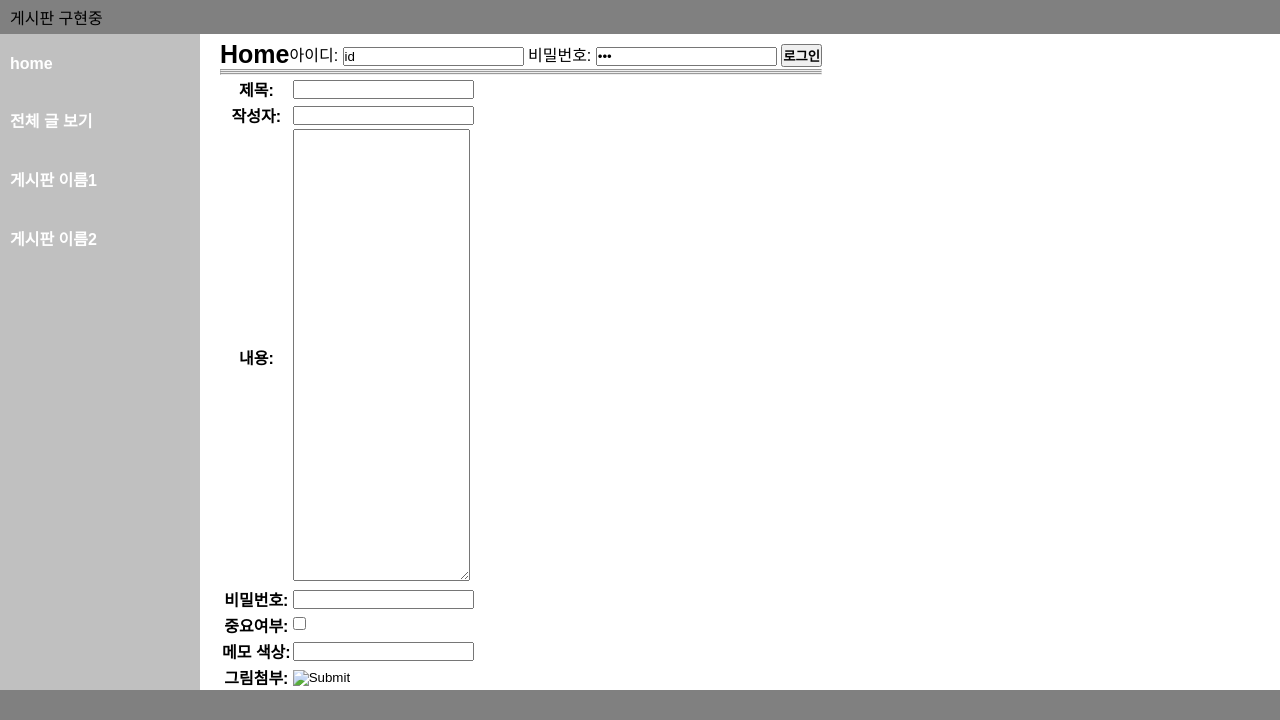
Repository: hyeon-jin-park/study
Page: work/internet_programing/Test_final/public/input.html
An editor plug-in stored every save of this project. The page is shown before and after the next save, followed by the edit.
The browser window is 1280 px wide. The pictures show the whole page.

Above is the page before, as saved 2025-03-19 09:56:55.

### work/internet_programing/Test_final/public/input.html
<!DOCTYPE html>
<html lang="ko">
<head>

    <meta charset="UTF-8">
    <meta name="viewport" content="width=device-width, initial-scale=1.0">
    <title>home.html</title>
	<link rel="stylesheet" href="layout.css">
	<link rel="stylesheet" href="board.css">
	<style>
	* { margin: 0; padding: 0; box-sizing: border-box; }
	body { font-family: Arial, sans-serif; }

	#login_button{
		text-align:center;
		font-weight:bold;

	}
	</style>

</head>


<body>

    <div class="header">
        <div class="header_name">게시판 구현중</div>



    </div>
    <div class="sidebar">
    	<ul class="sidebar">
    		<li><a href="home.html">home</a></li>
    		<li><a href="#">전체 글 보기</a></li>
    		<li><a href="#">게시판 이름1</a></li>
    		<li><a href="#">게시판 이름2</a></li>

    	</ul>
    </div>
    <div class="content">
    <div class="board_title">
    		<h1>Home</h1>
    			<form>
    			아이디: <input type="text" name="아이디" value="id">
    			비밀번호: <input type="password" name="비밀번호" value="pwd">
    			<button id="login_button" type="submit" >로그인</button>
    			</form>
    	</div>
    	<hr>
    	<hr>
    	<div>
    		<table class="input_form">
    			<tr>
    				<th>제목: </th>
    				<td><input type="text" name="제목"></td>
    			</tr><hr>
    			<tr>
    				<th>작성자: </th>
    				<td><input type="text" name="작성자"></td>
    			</tr>
    			<tr>
    				<th>내용: </th>
    				<td><textarea rows="30" cols="20"></textarea></td>
    			</tr>
    			<tr>
    				<th>비밀번호: </th>
    				<td><input type="password" name="등록 비밀번호"></td>
    			</tr>
    			<tr>
    				<th>중요여부: </th>
    				<td><input type="checkbox" name="중요도"></td>
    			</tr>
    			<tr>
    				<th>메모 색상: </th>
    				<td><input type="text" name="제목"></td>
    			</tr>
    			<tr>
    				<th>그림첨부: </th>
    				<td><input type="image" name="그림"></td>
    			</tr>
    			<tr>
    				<th>메모 색상: </th>
    				<th><input type="color" name="색상"></th>
    			</tr>
    			<tr>
    				<td rowspan="2">
    				<button type="submit">등록</button>
    				<button type="reset">취소</button>
    				</td>
    			</tr>

    		</table>
    	</div>
    </div>

    <div class="footer">
    	<h1></h1>
    </div>

</body>
</html>

### work/internet_programing/Test_final/public/layout.css
@charset "UTF-8";

.header {
            background-color: gray;
            color: black;
            padding: 5px 10px;
            display: flex;
            justify-content: space-between;
            align-items: center;
            width: 100%;
            position: fixed;
            z-index: 1000;
    		border-collapse: collapse;
    		table-layout: fixed;
        }


        .sidebar {
        	margin-top: 30px;
    		width: 200px;
    		background-color: silver;
    		color: black;
    		padding: 20px;
    		position: fixed;
    		height: 100vh;
    		top: 0;
    		left: 0;
		}

		.sidebar ul {
    		list-style: none;
    		padding: 0;
		}

		.sidebar ul li {
   		 margin: 15px 0;
		}

		.sidebar a {
    		text-decoration: none;
    		color: white;
   		    font-weight: bold;
   		 	display: block;
    		padding: 10px;
    		border-radius: 5px;
		}

		.sidebar a:hover {
    		background-color: #555;
		}


		.content {
			margin-top: 40px;
			position: fixed;
			z-index: 999;
    		margin-left: 200px;
    		padding: 20px;
    		padding-top: 0px;
		}
		.board_title{
			margin:0px;
			padding: 0px;
			display: flex;
            justify-content: space-between;
            align-items: center;
            width: 100%;
		}
		.board_title ul{
			list-style: none;
			padding:0;
		}

		.board_title a {
    		text-decoration: none;
    		color: black;
   		    font-weight: bold;
   		 	display: block;
    		padding: 10px;
    		border-radius: 5px;
		}

		.board_title h1{
			font-size: 25px;

		}
		.input_form{
			padding-bottom:10px;
		}


		.footer {
    		background-color: gray;
    		color: white;
    		text-align: center;
    		height: 30px;
    		padding: 5px 0;
    		position: fixed;
    		bottom: 0;
    		width: 100%;
    		z-index: 1000;
    		box-sizing: border-box;
		}

### work/internet_programing/Test_final/public/board.css
@charset "UTF-8";

.board {
	background-color: white;
	color: black;
	padding: 20px 20px;
	width: 100%;
}



.board th {
	padding: 10px;
    text-align: center;
    vertical-align: middle;
    font-size: 10px;
}

.board th:nth-child(1),
.board td:nth-child(1){
	width: 100px;
}
.board th:nth-child(2),
.board td:nth-child(2){
	width: 600px;
}
.board th:nth-child(3),
.board td:nth-child(3){
	width: 100px;
}
.board th:nth-child(4),
.board td:nth-child(4){
	width: 200px;
}

After the next save:
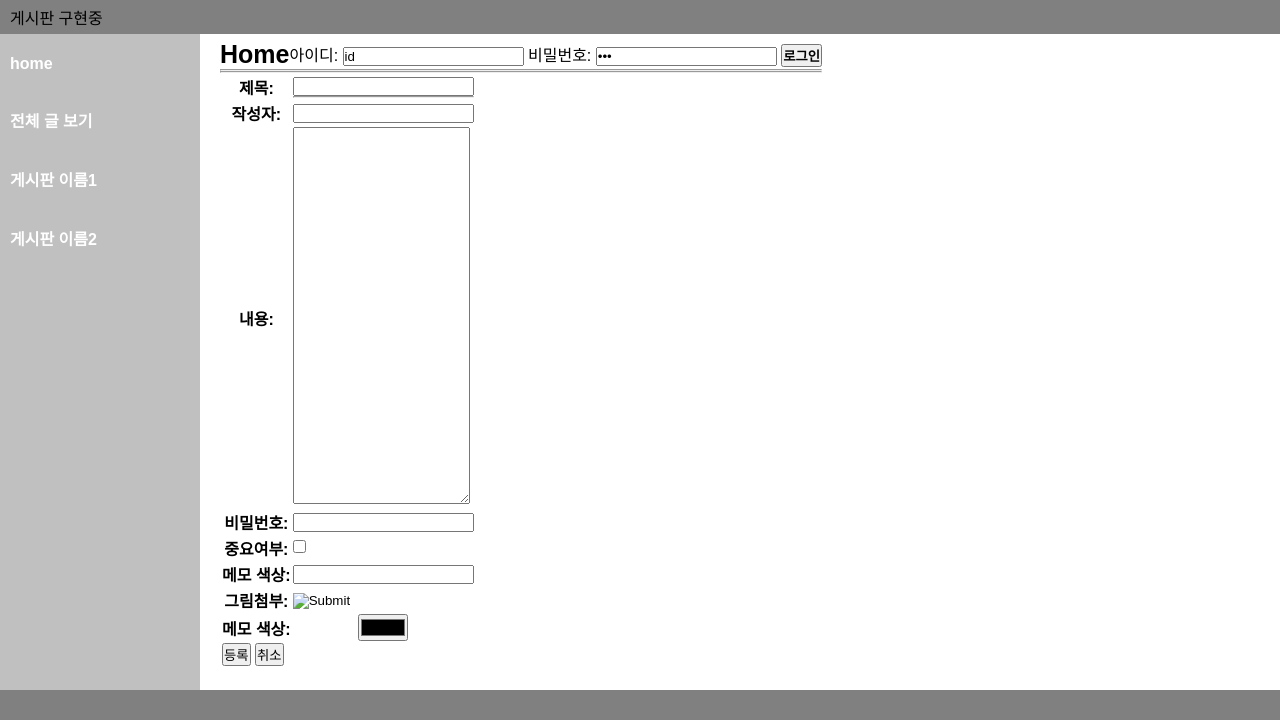
Saved 59 s later.
--- a/work/internet_programing/Test_final/public/input.html
+++ b/work/internet_programing/Test_final/public/input.html
@@ -53,15 +53,15 @@
     		<table class="input_form">
     			<tr>
     				<th>제목: </th>
-    				<td><input type="text" name="제목"></td>
-    			</tr><hr>
+    				<td><input type="text" name="제목"><hr></td>
+    			</tr>
     			<tr>
     				<th>작성자: </th>
     				<td><input type="text" name="작성자"></td>
     			</tr>
     			<tr>
     				<th>내용: </th>
-    				<td><textarea rows="30" cols="20"></textarea></td>
+    				<td><textarea rows="25" cols="20"></textarea></td>
     			</tr>
     			<tr>
     				<th>비밀번호: </th>
